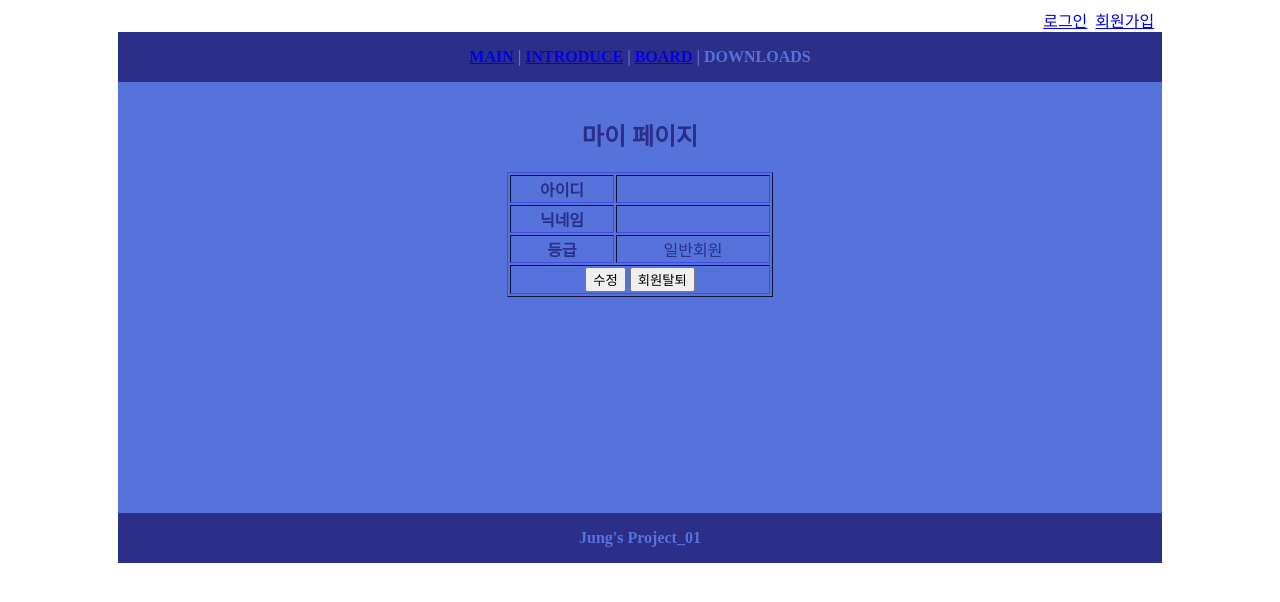
Repository: asas6306/Jungs_
Page: http://localhost/Board-Project1/WEB-INF/JSP/mypage.jsp
These files come from the project's save history. The page is drawn as it stood at one moment and after the next save; the edit follows.
The browser window is 1280 px wide. The pictures show the whole page.
The page is served by Tomcat 9. Nobody is signed in. The template is opened directly, without the code that normally fills it, so the values that code supplies are empty.

Above is the page before, as saved 2021-01-27 07:35:22.

After the next save:
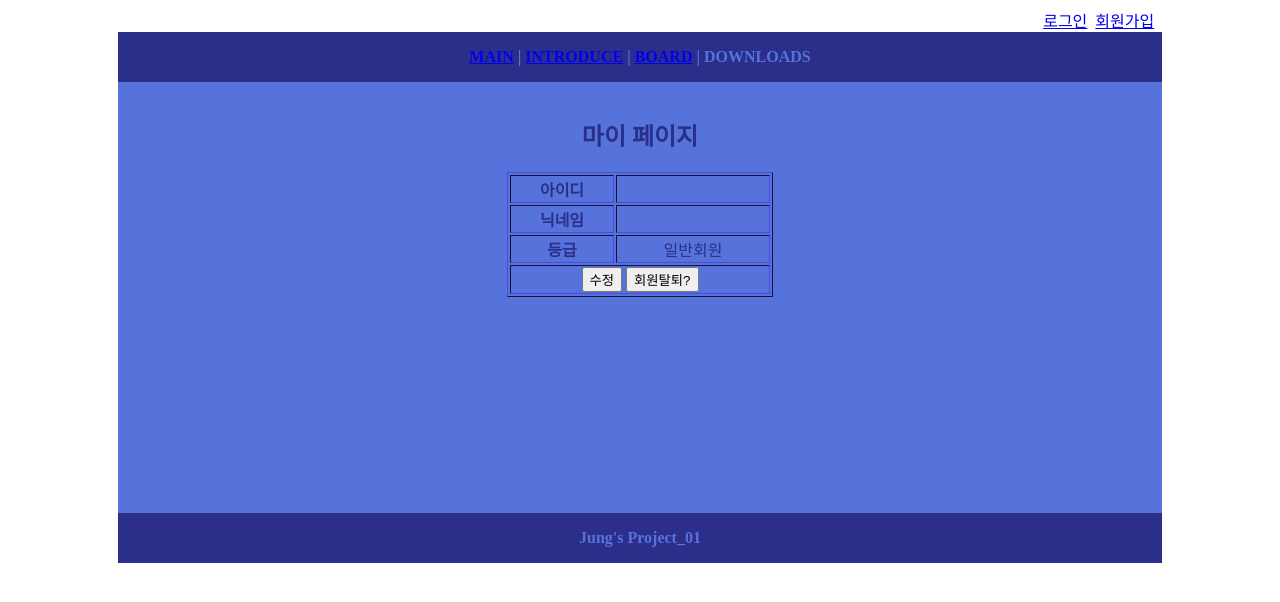
Saved 24 s later.
--- a/Board-Project1/WebContent/WEB-INF/JSP/mypage.jsp
+++ b/Board-Project1/WebContent/WEB-INF/JSP/mypage.jsp
@@ -21,7 +21,8 @@
 	<tr>
 		<td colspan="2" align="center"><input type="button" value="수정"
 			onclick="location.href='/Board-Project1/member.do?action=PWcheck&page=update'">
-			<input type="button" value="회원탈퇴" onclick="lcation.href='/Board-Project1/member.do?action=PWcheck&page=resign'">
+			<input type="button" value="회원탈퇴?"
+			onclick="lcation.href='/Board-Project1/member.do?action=PWcheck&page=resign'">
 		</td>
 	</tr>
 </table>
